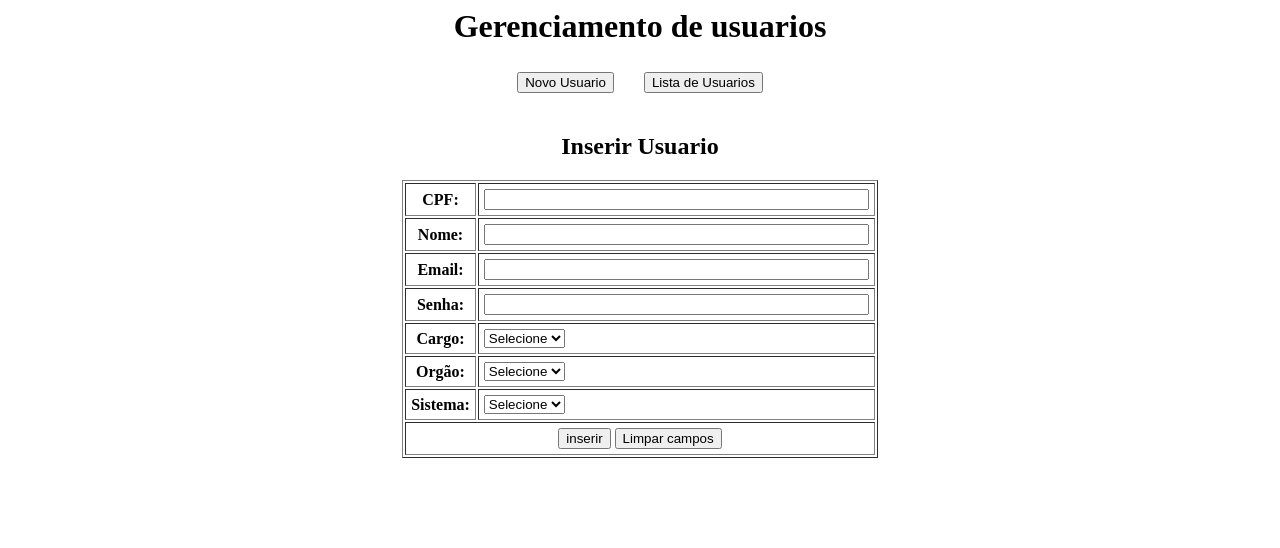
Repository: MarceloLopes22/DesafioInvia
Page: http://localhost/desafioInvia/novoUsuario.jsp
The author's editor kept a copy of each file at every save. The page is drawn from the files as they stood at one save, then again after a run of saves.
The browser window is 1280 px wide. The pictures show the whole page.
Some web libraries are served in a nearby version. The page is served by Tomcat 9. The template is opened directly, without the code that normally fills it, so the values that code supplies are empty.

Above is the page before, as saved 2020-03-31 01:40:00.

After the next 2 saves:
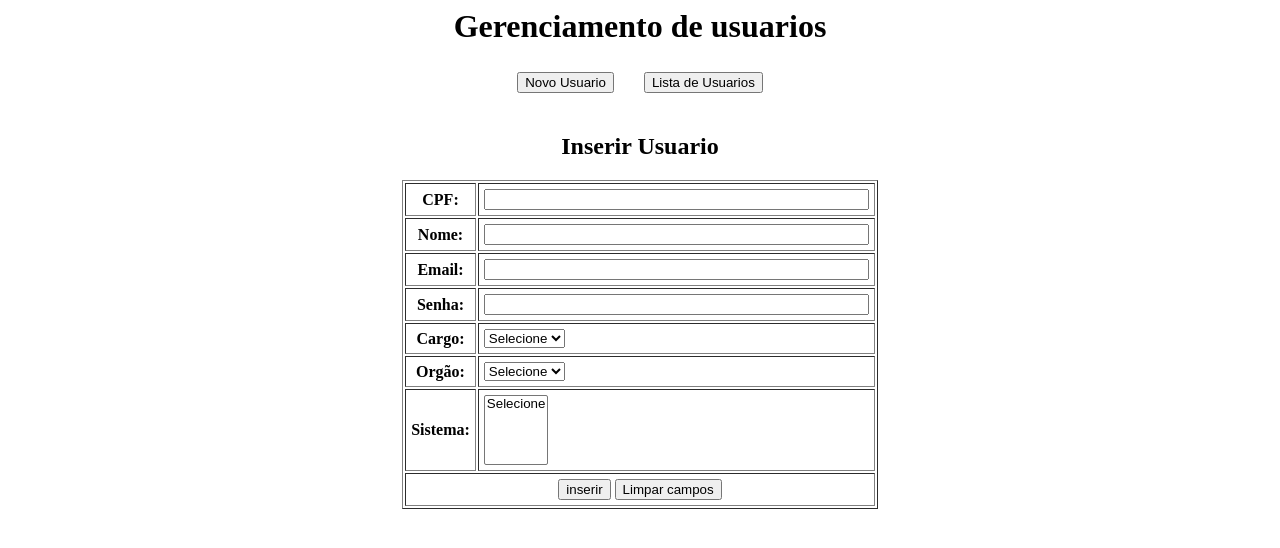
The 2 saves are shown as one change because they came seconds apart.
The last was saved 19 s later.
--- a/workspace/desafioInvia/src/main/webapp/novoUsuario.jsp
+++ b/workspace/desafioInvia/src/main/webapp/novoUsuario.jsp
@@ -144,7 +144,7 @@ $(window).on('load', function() {
 					<c:choose>
 						<c:when test="${usuario.cpf == null}">
 							<td>
-								<select name="sistema">
+								<select name="sistema" multiple="multiple">
 									<option>Selecione</option>
 								    <c:forEach items="${sistemas}" var="c">
 								       <option value="${c.id}">${c.nome}</option>
